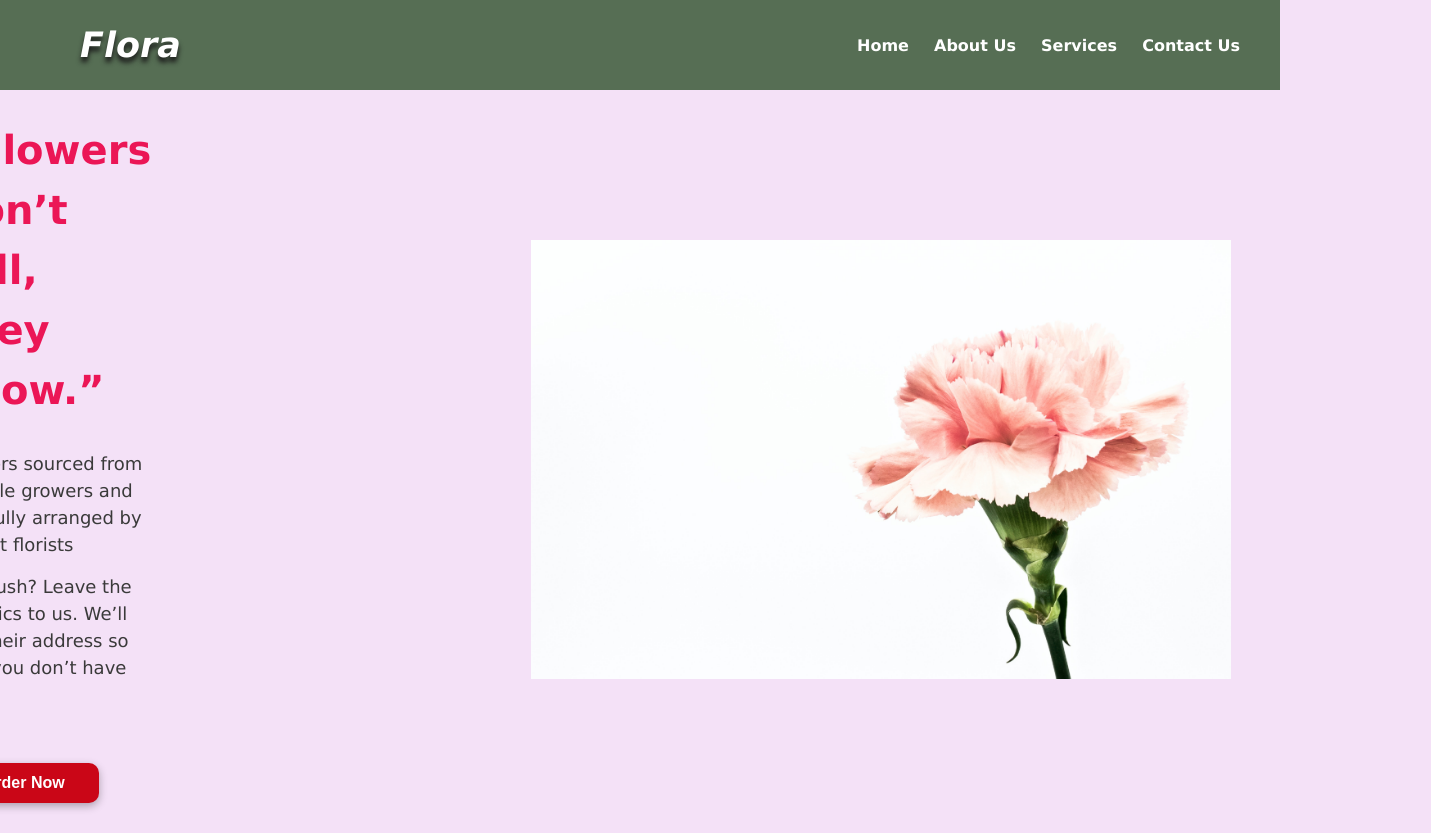
Repository: SaadYasin/test003-flex-box
Page: index.html
These files come from the project's save history. The page is drawn as it stood at one moment and after the next save; the edit follows.
The browser window is 1280 px wide. The page is 1431 px wide, so the pictures cover 1431 px, including what lies to the right of the window. The pictures show the whole page.

Above is the page before, as saved 2022-10-27 21:37:43.

After the next save:
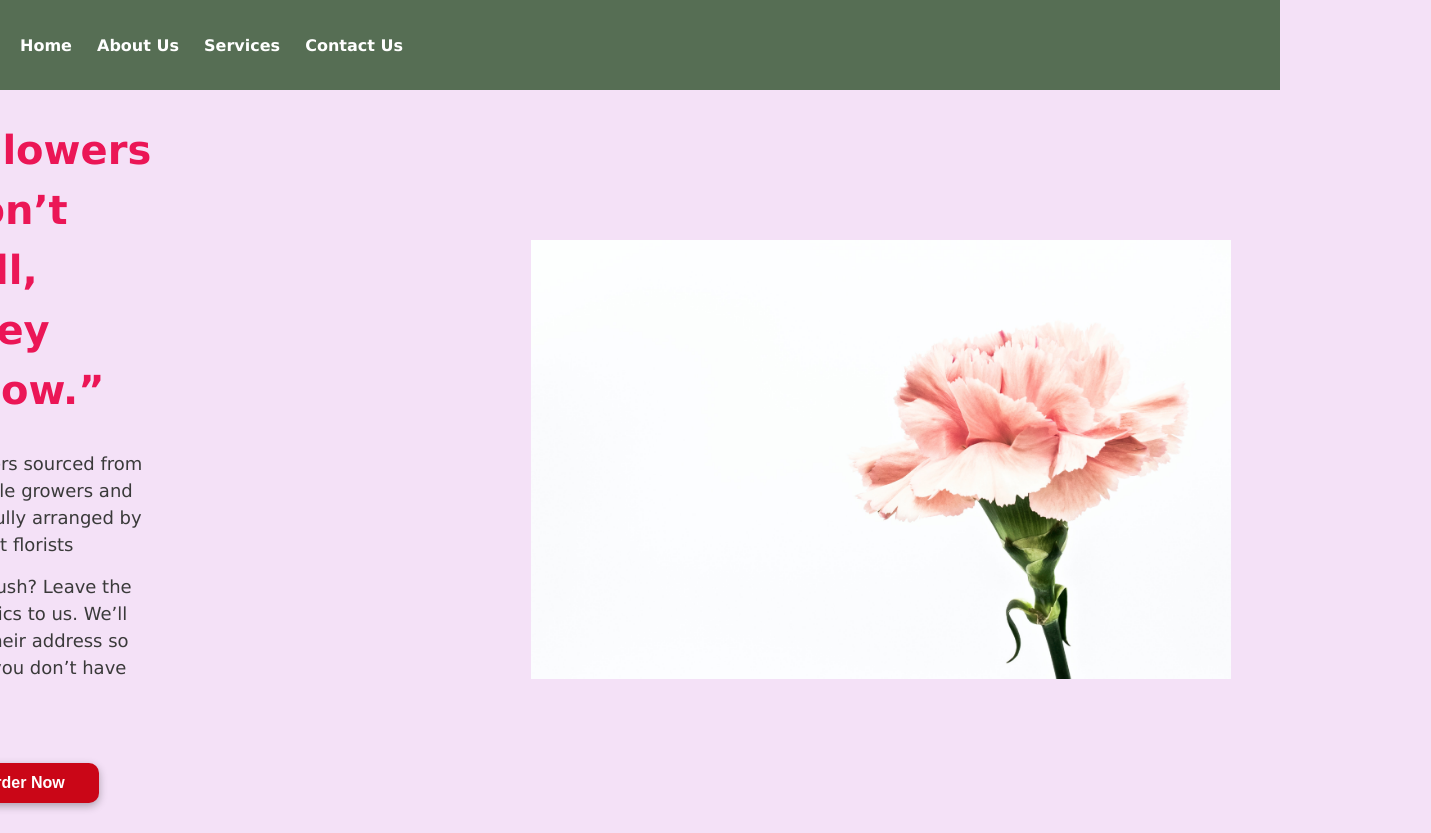
Saved 2 days later.
--- a/index.html
+++ b/index.html
@@ -11,7 +11,7 @@
 <body>
   <header>
     <div class="header-container">
-      <h1 class="logo">Flora</h1>
+      <!-- <h1 class="logo">Flora</h1> -->
       <nav>
         <ul>
           <li><a href="#">Home</a></li>
